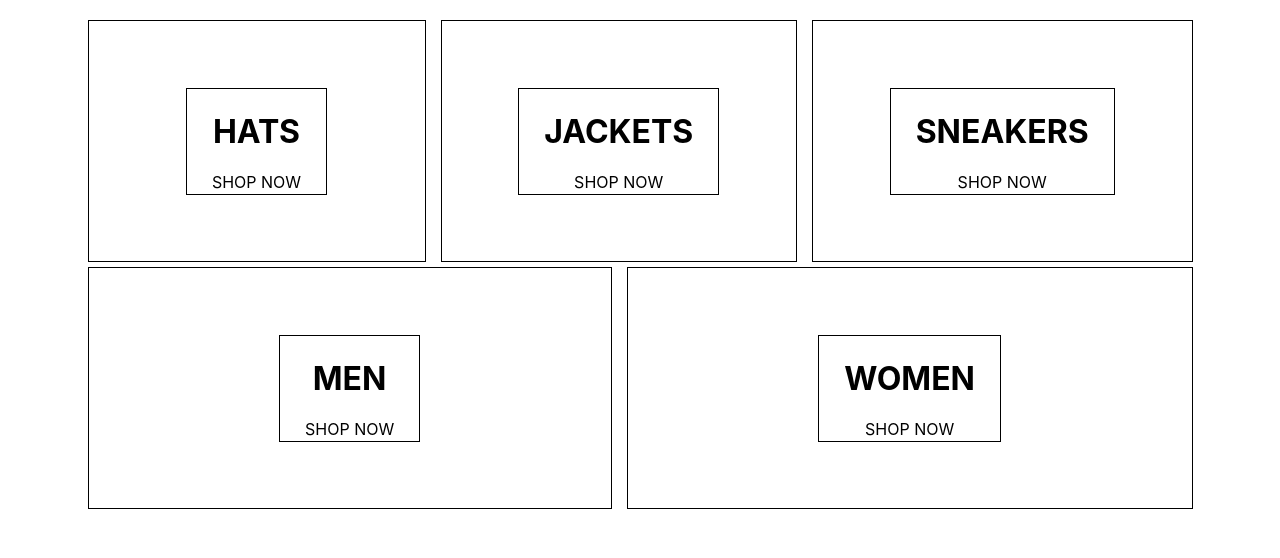
Repository: nepfri/crwn-clothing
Page: /
The author's editor kept a copy of each file at every save. The page is drawn from the files as they stood at one save, then again after the next save.
The browser window is 1280 px wide. The pictures show the whole page.
The project was rebuilt for these pictures with package versions that can differ from the ones it lists, and the page was loaded fresh each time. Also part of the build but not shown: src/App.css.

Above is the page before, as saved 2021-10-13 14:07:46.

### src/App.js
import "./App.css";
import Homepage from "./homepage.component";

function App() {
  return (
    <div>
      <Homepage></Homepage>
    </div>
  );
}

export default App;

### src/homepage.component.jsx
import React from "react";
import './homepage.styles.scss';

const Homepage = () => {
  return (
    <div className="homepage">
      <div className="directory-menu">
        <div className="menu-item">
          <div className="content">
            <h1 classname="title">HATS</h1>
            <span classname="subtitle">SHOP NOW</span>
          </div>
        </div>

        <div className="menu-item">
          <div className="content">
            <h1 classname="title">JACKETS</h1>
            <span classname="subtitle">SHOP NOW</span>
          </div>
        </div>

        <div className="menu-item">
          <div className="content">
            <h1 classname="title">SNEAKERS</h1>
            <span classname="subtitle">SHOP NOW</span>
          </div>
        </div>

        <div className="menu-item">
          <div className="content">
            <h1 classname="title">MEN</h1>
            <span classname="subtitle">SHOP NOW</span>
          </div>
        </div>

        <div className="menu-item">
          <div className="content">
            <h1 classname="title">WOMEN</h1>
            <span classname="subtitle">SHOP NOW</span>
          </div>
        </div>
      </div>
    </div>
  );
};

export default Homepage;

### src/homepage.styles.scss
.homepage {
  display: flex;
  flex-direction: column;
  align-items: center;
  padding: 20px 80px;
}

.directory-menu {
  width: 100%;
  display: flex;
  flex-wrap: wrap;
  justify-content: space-between;
}

.menu-item {
  min-width: 30%;
  height: 240px;
  flex: 1 1 auto;
  display: flex;
  align-items: center;
  justify-content: center;
  border: 1px solid black;
  margin: 0 7.5px 5px;

  &:first-child {
    margin-right: 7.5px;
  }

  &:last-child {
    margin-left: 7.5px;
  }

  .content {
    height: 105px;
    padding: 0 25px;
    display: flex;
    flex-direction: column;
    align-items: center;
    justify-content: center;
    border: 1px solid black;
  }

  .title {
    font-weight: bold;
    margin-bottom: 6px;
    font-size: 22px;
    color: #4a4a4a;
  }

  .subtitle {
    font-weight: lighter;
    font-size: 16px;
  }
}

Loaded but not shown: public/index.html (common file); src/index.js (common file); src/index.css (common file)

After the next save:
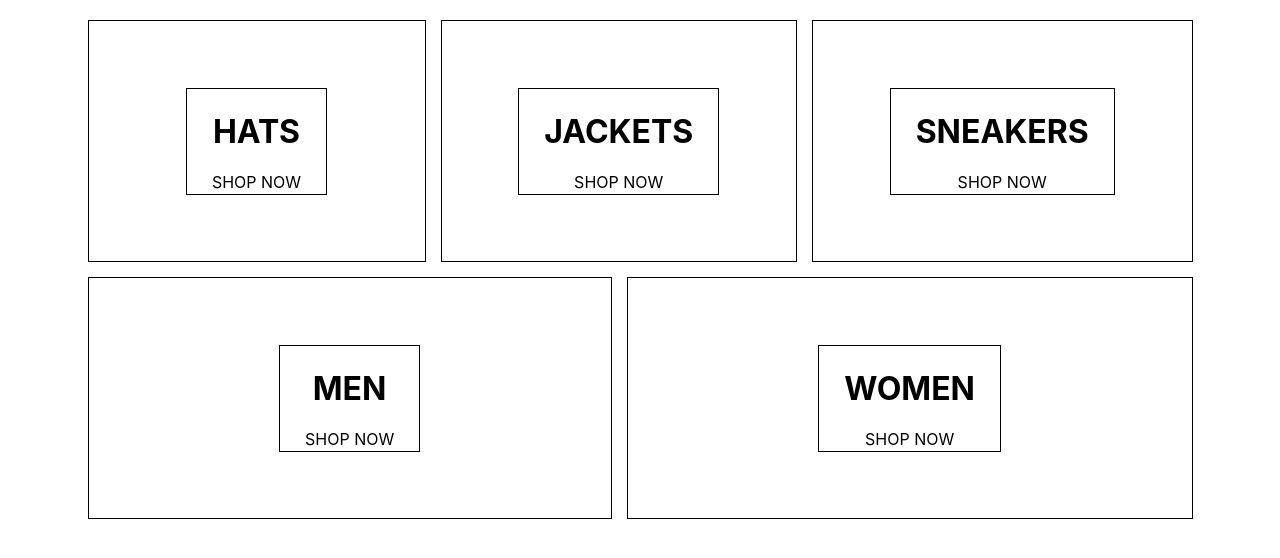
Saved 5 s later.
--- a/src/homepage.styles.scss
+++ b/src/homepage.styles.scss
@@ -20,7 +20,7 @@
   align-items: center;
   justify-content: center;
   border: 1px solid black;
-  margin: 0 7.5px 5px;
+  margin: 0 7.5px 15px;
 
   &:first-child {
     margin-right: 7.5px;
